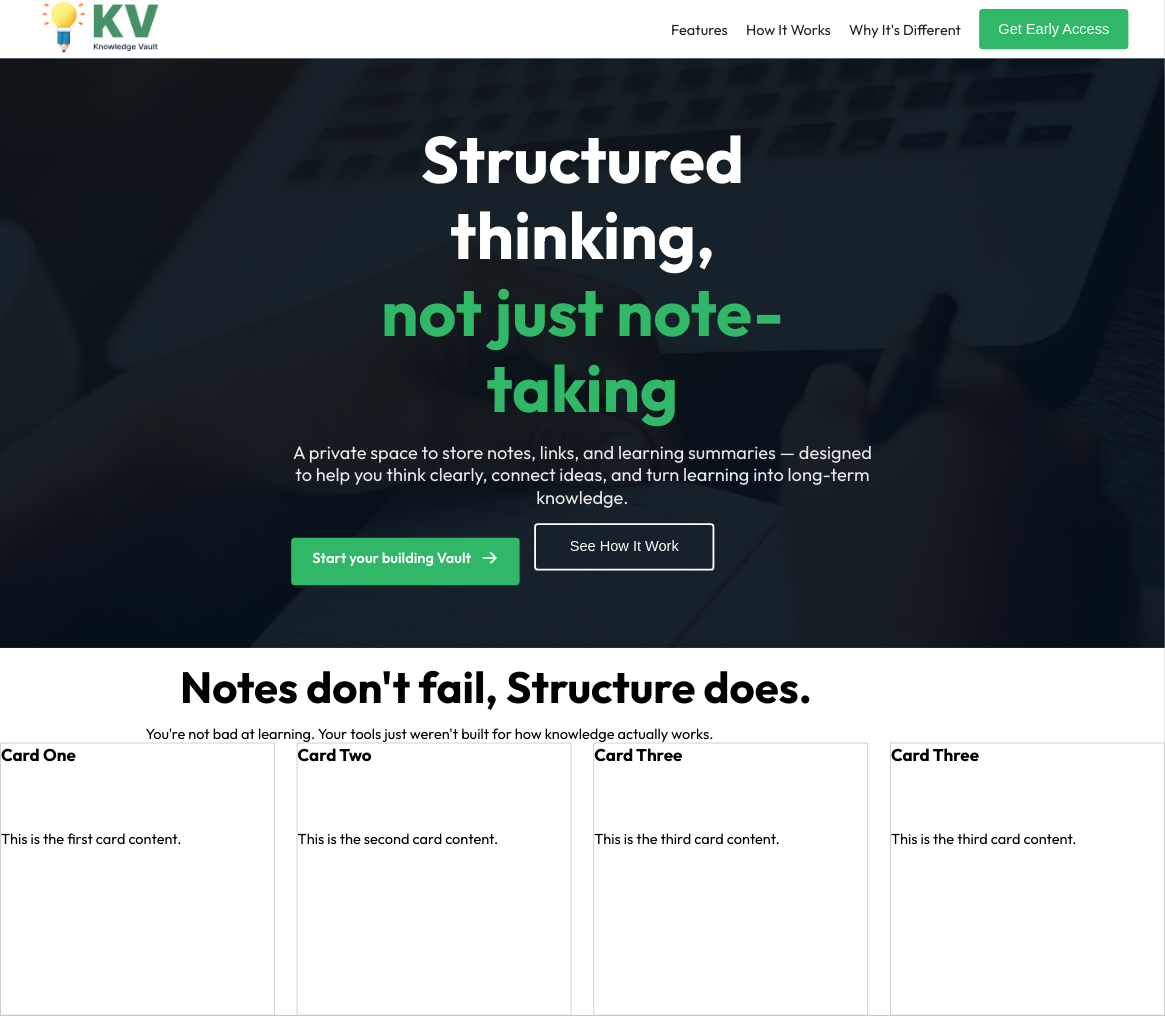
Repository: tanimtanzilislam/Assignment1-PH
Page: index.html
An editor plug-in stored every save of this project. The page is shown before and after the next save, followed by the edit.
The browser window is 1280 px wide. The pictures show the whole page, at 91% of full size.

Above is the page before, as saved 2026-01-19 20:06:17.

After the next save:
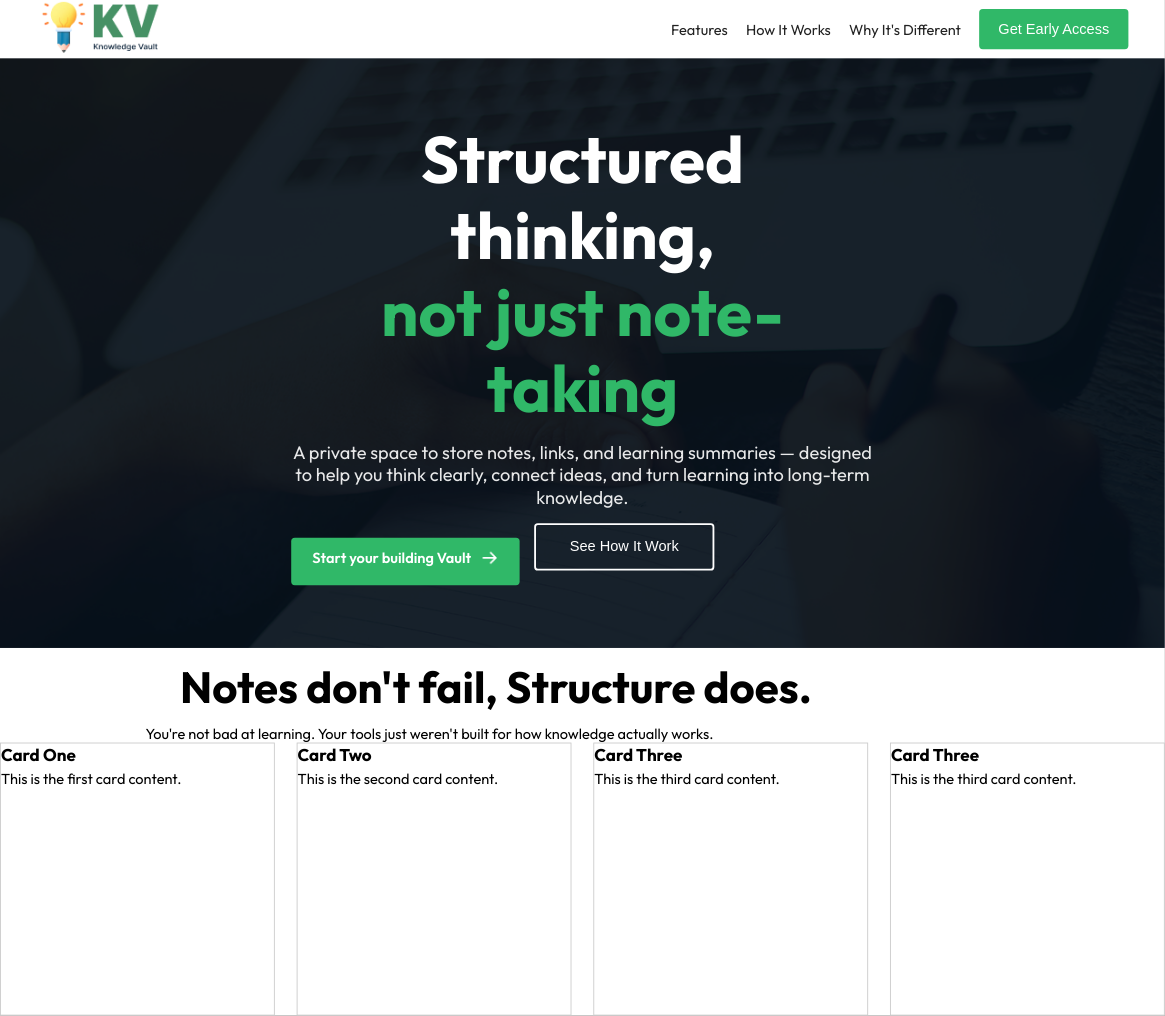
Saved 10 s later.
--- a/style.css
+++ b/style.css
@@ -184,7 +184,8 @@
 }
 .card h3{
     width:274px;
-    height:94px;
+    height:29px;
+
 }
 
 /* RESPONSIVE */
